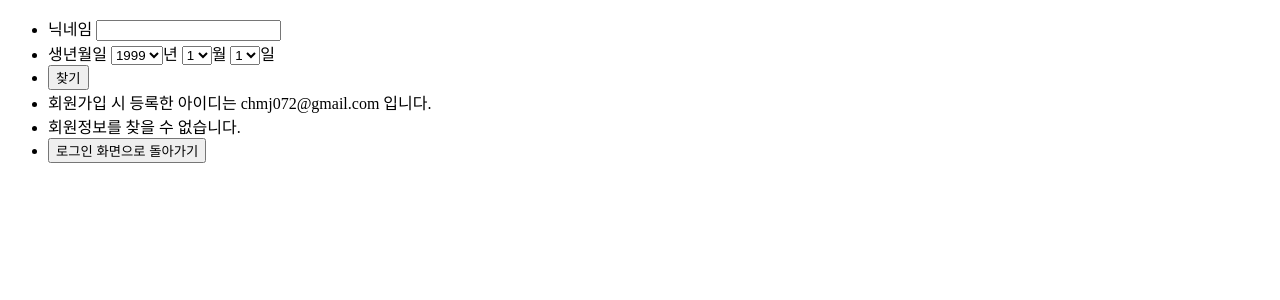
Repository: onpul/TEAM1
Page: http://localhost/Riding/mj/SearchPasswordForm.jsp
These files come from the project's save history. The page is drawn as it stood at one moment and after the next save; the edit follows.
The browser window is 1280 px wide. The pictures show the whole page.
The page is served by Tomcat 9.

Above is the page before, as saved 2022-06-04 10:05:45.

After the next save:
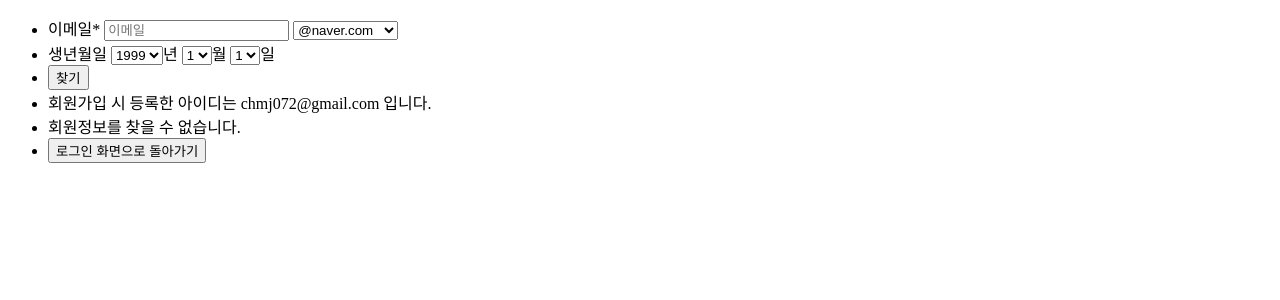
Saved 15 s later.
--- a/Riding/WebContent/mj/SearchPasswordForm.jsp
+++ b/Riding/WebContent/mj/SearchPasswordForm.jsp
@@ -13,7 +13,13 @@
 <div>
 	<form action="">
 		<ul>
-			<li>닉네임 <input type="text" /></li>
+			<li>이메일* <input type="text" placeholder="이메일"/></input>
+						<select name="" id="">
+							<option value="네이버">@naver.com</option>
+							<option value="구글">@google.com</option>
+							<option value="네이트">@nate.com</option>
+						</select>
+			</li>
 			<li>생년월일
 				<select name="birthyear" id="birthyear">
 					<option value="year">1999</option>
